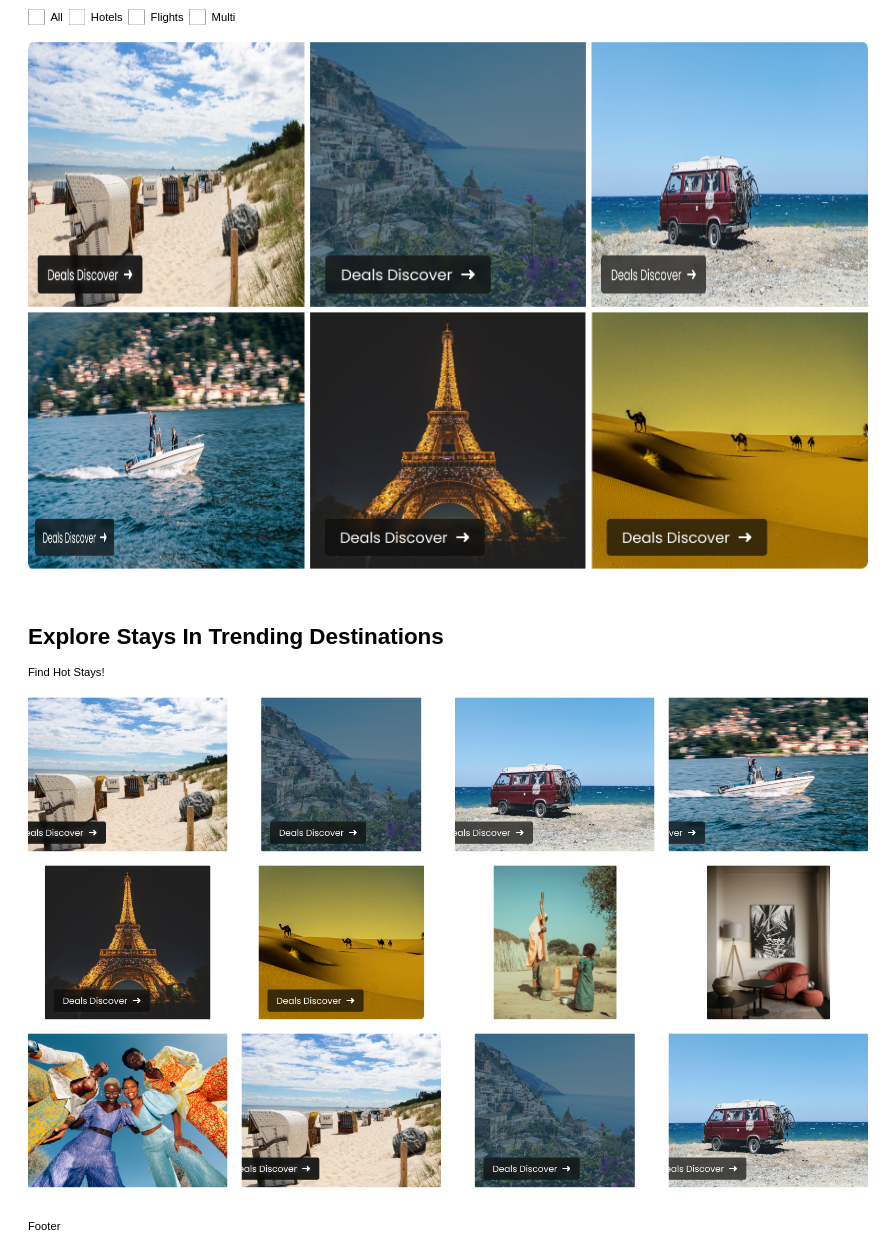
Repository: Quynhhuong150322/DIKO_STUDY_TRAVEL_WEB
Page: /
These files come from the project's save history. The page is drawn as it stood at one moment and after the next save; the edit follows.
The browser window is 1280 px wide. The pictures show the part of the page from y = 696 to 2616 px (the page is 2460 px tall before and 2616 px after), at 70% of full size.
The project was rebuilt for these pictures with package versions that can differ from the ones it lists, and the page was loaded fresh each time. Also part of the build but not shown: src/components/Login.js, src/components/Register.js. Imported but missing from the stored project, and not drawn on this page: src/redux/slices/authSlice.

Above is the page before, as saved 2024-02-23 11:16:59.

### src/index.css
@tailwind base;
@tailwind components;
@tailwind utilities;

@import url("https://fonts.googleapis.com/css2?family=Poppins:wght@100;300;400;500;600&display=swap");

@layer base {
  html {
    font-family: "Poppins", sans-serif;
  }
  * {
    margin: 0;
    padding: 0;
    box-sizing: border-box;
    scroll-behavior: smooth;
    /* background-color: #F9F9F9; */
  }
}

@layer components {
  .max-container {
    max-width: 1260px;
    /* min-height: 100vh; */
    margin: 0 auto;
    padding: 0 30px;
    /* display: flex; */
    /* flex-direction: column; */
    justify-content: space-between;
  }
  .button {
    width: 189px;
    height: 40px;
    border-style: solid;
    border-width: 2px;
    border-color: #07689F;
    color: #07689F;
  }
  .tabMenu {
    width: 121px;
    height: 40px;
    color: #D9D9D9;
    border-style: solid;
    border-width: 2px;
    border-color: #D9D9D9;
    color: #D9D9D9;
    border-radius: 9999px;
  }
  .tabSearch {
    /* max-width: 1190px; */
    height: 56px;
    border-style: solid;
    border-width: 1px;
    border-color: #D9D9D9;
    padding: 0 16px;
    font-size: 12px;
  }

}

### src/App.js
import React from "react";
import Navbar from "./components/Navbar";
import Footer from "./components/Footer";
import AppRoutes from "./routes/AppRoutes";
import { BrowserRouter as Router } from "react-router-dom";

const App = () => {
  return (
    <Router>
      <div className="">
        <div className="max-container">
          <Navbar />
        </div>
        <div>
          <AppRoutes />
        </div>
        <div className="max-container">
          <Footer />
        </div>
      </div>
    </Router>
  );
};

export default App;

### src/redux/store.js
import { configureStore } from "@reduxjs/toolkit";
import authReducer from "./slices/authSlice";

export const store = configureStore({
  reducer: {
    users: authReducer,
  },
});

### src/components/Navbar.js
import React from 'react'
import Logo from '../assets/images/Header/Logo.png'
import EL from '../assets/images/Header/England.png'
import { FaRegQuestionCircle } from "react-icons/fa";
import { LuSearch } from "react-icons/lu";

const MenuData = [
    {
        id: 1,
        name: 'Trip',
    },
    {
        id: 2,
        name: '%Deals',
    },
    {
        id: 3,
        name: 'Hotel',
    },
    {
        id: 4,
        name: 'Flight',
    },
    {
        id: 5,
        name: 'Apartment',
    },
    {
        id: 6,
        name: 'Camper',
    },
]

const Navbar = () => {
    return (
        <div className='bg-neutral py-[24px]'>
            <div className="flex flex-col gap-10">
                {/* Header Section  */}
                <div className='flex gap-2 items-center'>
                    <img src={Logo} alt="" />
                    <div className='flex gap-7 items-center'>
                        <div className="flex gap-1 items-center">
                            <FaRegQuestionCircle className='text-primary' />
                            <img src={EL} alt="" className='w-7 h-7' />
                            {/* Search  */}
                            <div className="relative flex items-center">
                                <input
                                    type="text"
                                    placeholder="search"
                                    className="w-[605px] h-[32px] rounded-sm border border-gray-300 px-2 py-1 focus:outline-none focus:border-1 focus:border-primary"
                                />
                                <LuSearch className="text-gray-500 group-hover:text-primary absolute top-1/2 -translate-y-1/2 right-3 cursor-pointer" />
                            </div>
                        </div>
                        <div className='flex gap-2 items-center'>
                            <button className='button border-primary bg-neutral hover:scale-105 py-2 px-4 rounded-sm'>
                                Sing In
                            </button>
                            <button className='button border-primary bg-neutral hover:scale-105 py-2 px-4 rounded-sm'>
                                Register
                            </button>
                        </div>
                    </div>
                    <div>
                    </div>
                </div>
                {/* Upper Nav  */}
                <div className=''>
                    <div className=' '>
                        <ul className='flex justify-center gap-4'>
                            {
                                MenuData.map((data) => (
                                    <button key={data.id} className='text-pri tabMenu focus:bg-primary focus:text-white focus:font-bold focus:border-primary inline-block hover:text-primary' >
                                        {data.name}
                                    </button>
                                ))
                            }
                        </ul>
                    </div>
                </div>
            </div>
        </div>
    )
}

export default Navbar

### src/routes/AppRoutes.js
import React from "react";
import { Switch, Route } from "react-router-dom";
import Login from "../components/Login";
import Register from "../components/Register";
import Langding from "../pages/LangdingPage/Langding";
const AppRoutes = () => {
  return (
    <div>
      <Switch>
        <Route path="/login">
          <Login />
        </Route>
        <Route path="/register">
          <Register />
        </Route>
        <Route path="/" exact>
          <Langding />
        </Route>
        <Route path="*">
          <div className="">404 not Error...</div>
        </Route>
      </Switch>
    </div>
  );
};

export default AppRoutes;

### src/pages/LangdingPage/Langding.js
import React from 'react'
import Picture from '../../assets/images/LangdingPage/Picture.png'
import { LuHotel } from "react-icons/lu";
import { IoCalendarOutline } from "react-icons/io5";
import { SlArrowDown } from "react-icons/sl";
import { FiUserPlus } from "react-icons/fi";
import Img1 from "../../assets/images/LangdingPage/SpecialOffers/Photo 1.png";
import Img2 from "../../assets/images/LangdingPage/SpecialOffers/Photo 2.png"
import Img3 from "../../assets/images/LangdingPage/SpecialOffers/Photo 3.png"
import Img4 from "../../assets/images/LangdingPage/SpecialOffers/Photo 4.png"
import Img5 from "../../assets/images/LangdingPage/SpecialOffers/Photo 5.png"
import Img6 from "../../assets/images/LangdingPage/SpecialOffers/Photo 6.png"
import Img7 from "../../assets/images/LangdingPage/ExploreStays/Image1.jpg"
import Img8 from "../../assets/images/LangdingPage/ExploreStays/Image2.jpg"
import Img9 from "../../assets/images/LangdingPage/ExploreStays/Image3.jpg"
// import Img10 from "../../assets/images/LangdingPage/SpecialOffers/Photo 6.png"
// import Img11 from "../../assets/images/LangdingPage/SpecialOffers/Photo 6.png"



const BannerImg = {
  backgroundImage: `url(${Picture})`,
  backgroundPosition: "center",
  backgroundRepeat: "no-repeat",
  backgroundSize: "cover",
  height: "394px",
  width: "100%",
};
const ListMenu = [
  {
    id: 1,
    name: "All",
  },
  {
    id: 2,
    name: "Hotels",
  },
  {
    id: 3,
    name: "Flights",
  },
  {
    id: 4,
    name: "Multi",
  }
]

const ListImage = [
  {
    id: 1,
    img: Img1,
  },
  {
    id: 2,
    img: Img2,
  },
  {
    id: 3,
    img: Img3,
  },
  {
    id: 4,
    img: Img4,
  },
  {
    id: 5,
    img: Img5,
  },
  {
    id: 6,
    img: Img6,
  },
]
const ListCard = [
  {
    id: 1,
    img: Img1,
    location: "Berlin",
    side: "SIDE",
    time: "Wed 25 Jan-Fri 27 Jan",
    title: "A tour of the city and its surroundings led by a professional guide ..."
  },
  {
    id: 2,
    img: Img2,
    location: "Paris",
    side: "SIDE",
    time: "Wed 25 Jan-Fri 27 Jan",
  },
  {
    id: 3,
    img: Img3,
    location: "Madrid",
    side: "SIDE",
    time: "Wed 25 Jan-Fri 27 Jan",
  },
  {
    id: 4,
    img: Img4,
    location: "Barcelona",
    side: "SIDE",
    time: "Wed 25 Jan-Fri 27 Jan",
  },
  {
    id: 5,
    img: Img5,
    location: "Rom",
    side: "SIDE",
    time: "Wed 25 Jan-Fri 27 Jan",
  },
  {
    id: 6,
    img: Img6,
    location: "Milan",
    side: "SIDE",
    time: "Wed 25 Jan-Fri 27 Jan",
  },
  {
    id: 7,
    img: Img7,
    location: "Istanbul",
    side: "SIDE",
    time: "Wed 25 Jan-Fri 27 Jan",
  },
  {
    id: 8,
    img: Img8,
    location: "Dubai",
    side: "SIDE",
    time: "Wed 25 Jan-Fri 27 Jan",
  },
  {
    id: 9,
    img: Img9,
    location: "Amesterdam",
    side: "SIDE",
    time: "Wed 25 Jan-Fri 27 Jan",
  },
  {
    id: 10,
    img: Img1,
    location: "New York",
    side: "SIDE",
    time: "Wed 25 Jan-Fri 27 Jan",
  },
  {
    id: 11,
    img: Img2,
    location: "Marollca",
    side: "SIDE",
    time: "Wed 25 Jan-Fri 27 Jan",
  },
  {
    id: 12,
    img: Img3,
    location: "Teneriffa",
    side: "SIDE",
    time: "Wed 25 Jan-Fri 27 Jan",
  },
]

const Langding = () => {
  return (
    <div >
      {/* Discover Trip  */}
      <div className=' background ' style={BannerImg}>
        <div className=' '>
          <h1 className='text-3xl w-1/3 font-bold text-white bg-opacity-0'>
            Discover Your Trip Worldwide !
          </h1>
          <div class="flex flex-row  bg-white">
            <div class="basis-1/4 tabSearch flex gap-9 items-center">
              <LuHotel className='text-primary' size={24} />
              <p className=''>
                Where Are you Going to?
              </p>
            </div>
            <div class="basis-1/4 tabSearch flex gap-6 items-center">
              <IoCalendarOutline size={24} className='text-primary' />
              <p className=''>
                Check In Date
              </p>
              <p className=''>
                Check Out Date
              </p>
            </div>
            <div class="basis-1/3 tabSearch flex gap-8 items-center">
              <FiUserPlus size={24} className='text-primary' />
              <p className=''>
                Adults 2
              </p>
              <p className=''>
                Children 3
              </p>
              <p className=''>
                Room
              </p>
              <SlArrowDown size={24} className='text-primary' />
            </div>
            <div class="basis-1/6  tabSearch bg-primary flex justify-center items-center">
              <p className='font-bold text-white'>Search</p>
            </div>
          </div>
        </div>
      </div>
      {/* Special Offers */}
      <div className='max-container py-6'>
        {/* checkbox  */}
        <div className='flex flex-col gap-6 py-6'>
          <h2 className='text-2xl font-bold'>Special Offers</h2>
          <div className='flex '>
            <div className='flex justify-center items-center gap-2'>
              {
                ListMenu.map((data) => (
                  <><input
                    type="checkbox"
                    className="w-[24px] h-[24px] border border-gray-300 px-2 py-1 focus:outline-none focus:border-1 focus:border-primary" />
                    <label for="checkbox" className='text-base'>{data.name}</label>
                  </>
                ))
              }
            </div>
          </div>
        </div>
        {/* image  */}
        <div>
          <div className='grid grid-cols-3 gap-2'>
            {
              ListImage.map((data) => (
                <img src={data.img} alt="" className='w-full h-full' />
              ))
            }
          </div>
        </div>
      </div>

      {/* Explore Stays In Trending Destinations  */}
      <div className='max-container py-6'>
        <div className='flex flex-col gap-4 py-6'>
          <h2 className='text-2xl font-bold'>Explore Stays In Trending Destinations</h2>
          <p>Find Hot Stays!</p>
        </div>
        {/* ImageCard */}
        <div className='grid grid-cols-4 place-items-center gap-5'>
          {
            ListCard.map((data) => (
              <div className=''>
                <img src={data.img} alt="" className='h-[220px] w-150px] object-cover rounded-sm' />
              </div>
            ))
          }
          <div className=''>
          </div>
        </div>
      </div>
    </div>
  )
}

export default Langding

### tailwind.config.js
/** @type {import('tailwindcss').Config} */
module.exports = {
  content: ["./src/**/*.{js,jsx,ts,tsx}"],
  theme: {
    extend: {
      colors: {
        primary: "#07689F",
        secondary: "#D9D9D9",
        neutral: "#F9F9F9",
        pri: "#A6A6A6",
      },
      fontSize: {
        sm: '12px',
        base: '16px',
        xl: '20px',
        '2xl': '32px',
        '3xl': '40px',
        '4xl': '44px',
        // '5xl': '3.052rem',
      },
    },
  },
  plugins: [],
};

Loaded but not shown: public/index.html (common file); src/index.js (common file); src/reportWebVitals.js (common file); src/components/Footer.js (common file)

After the next save:
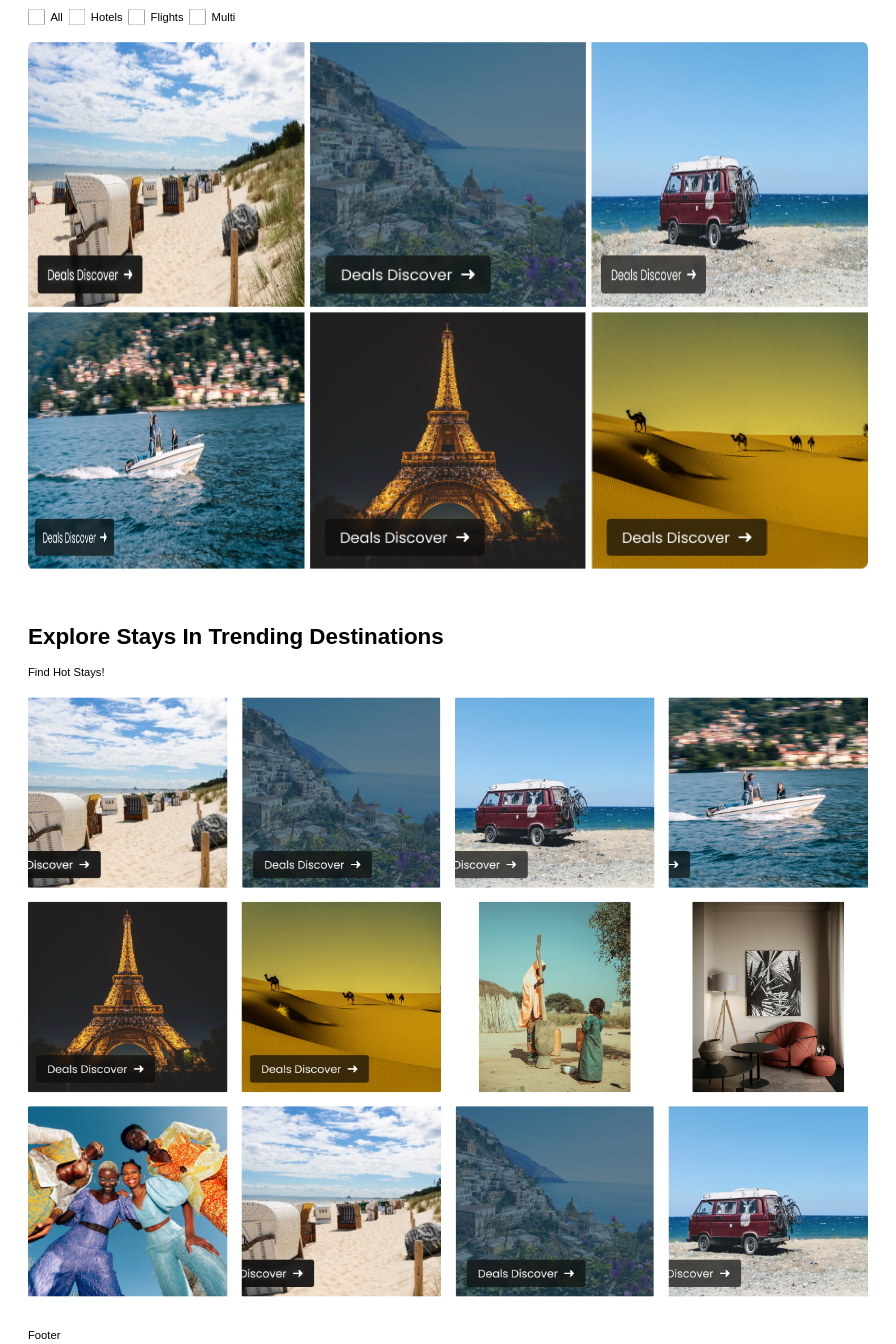
Saved 14 s later.
--- a/src/pages/LangdingPage/Langding.js
+++ b/src/pages/LangdingPage/Langding.js
@@ -245,7 +245,7 @@ const Langding = () => {
           {
             ListCard.map((data) => (
               <div className=''>
-                <img src={data.img} alt="" className='h-[220px] w-150px] object-cover rounded-sm' />
+                <img src={data.img} alt="" className='h-[272px] w-150px] object-cover rounded-sm' />
               </div>
             ))
           }
